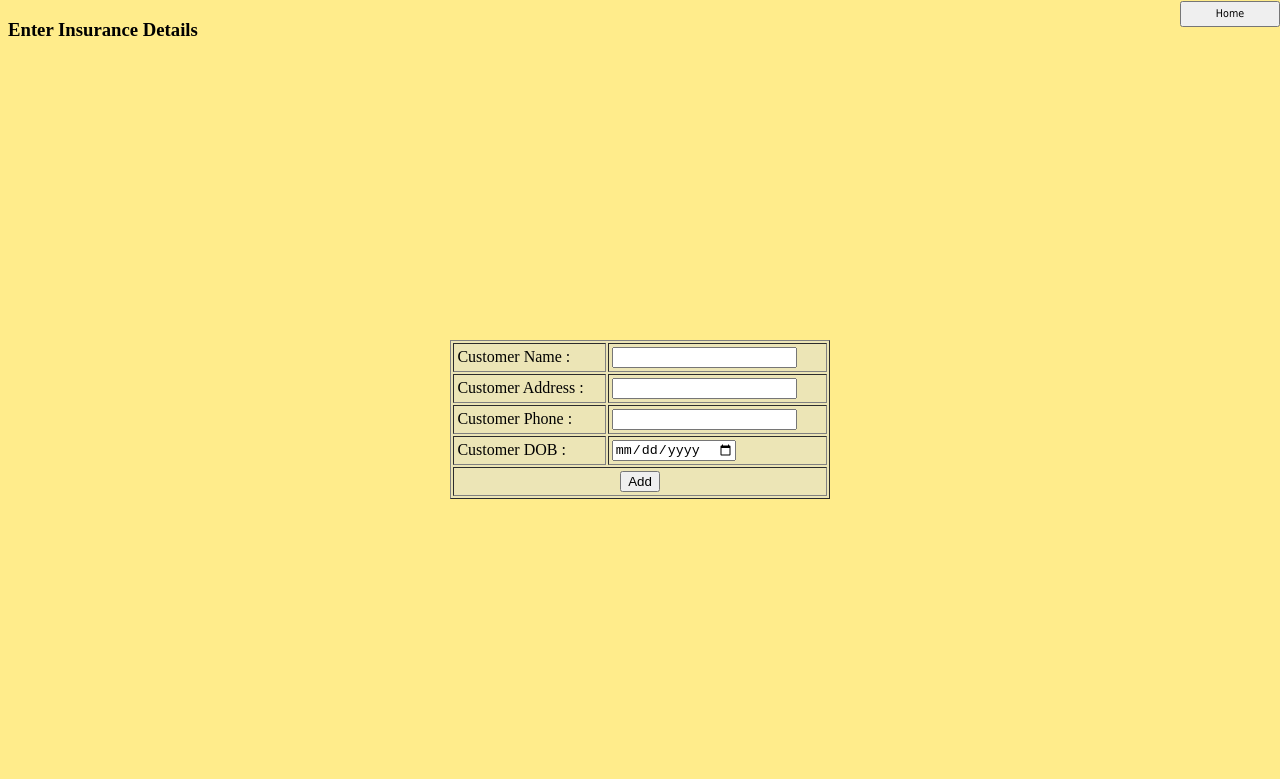
Repository: ankitasha/HomeProject
Page: http://localhost/insurance/WEB-INF/views/addinsurance.jsp
An editor plug-in stored every save of this project. The page is shown before and after the next save, followed by the edit.
The browser window is 1280 px wide. The pictures show the whole page.
The page is served by Tomcat 9. Nobody is signed in. Other server files are loaded and not shown. The template is opened directly, without the code that normally fills it, so the values that code supplies are empty.

Above is the page before, as saved 2017-05-05 08:53:36.

### insurance/src/main/webapp/WEB-INF/views/addinsurance.jsp
<%@ page language="java" contentType="text/html; charset=ISO-8859-1"
    pageEncoding="ISO-8859-1"%>
<!DOCTYPE html PUBLIC "-//W3C//DTD HTML 4.01 Transitional//EN" "http://www.w3.org/TR/html4/loose.dtd">
<html>
<head>
<meta http-equiv="Content-Type" content="text/html; charset=ISO-8859-1">
<title>Add Insurance</title>
<style type="text/css">

#button {
     line-height: 12px;
     padding:5px;
     width: 100px;
     font-size: 8pt;
     font-family: tahoma;
     margin-top: 1px;
     margin-right: 0px;
     position:absolute;
     top:0;
     right:0;
 }

 #menu {
     line-height: 12px;
     padding:5px;
     width: 100px;
     font-size: 8pt;
     font-family: tahoma;
     margin-top: 1px;
     margin-right: 120px;
     position:absolute;
     top:0;
     right:0;
 }

   html, body {
    height: 100%;
  }
  #tableContainer-1 {
    height: 100%;
    width: 100%;
    display: table;
  }
  #tableContainer-2 {
    vertical-align: middle;
    display: table-cell;
    height: 100%;
  }
  #myTable {
    margin: 0 auto;
  }
</style>
</head>
<h3>Enter Insurance Details</h3>
<body style="background-color: #FFEC8B">
	  <div id="tableContainer-1">
  	    <div id="tableContainer-2">
          <form method="post" action="addCustomer">
             <center>
               <table id="myTable" border="1" width="30%" cellpadding="3" style="background-color: #ECE5B6;" WIDTH="30%">

                    <tr>
                        <td> Customer Name : </td><td><input name="name"  /> </td>
                    </tr>
                    <tr>
                        <td> Customer Address : </td><td> <input name="address" /> </td>
                    </tr>
                    <tr>
                        <td> Customer Phone : </td><td> <input name="phone" /> </td>
                    </tr>
                     <tr>
                        <td> Customer DOB : </td><td> <input type="date" name="dob" /> </td>
                    </tr>
                    <tr>
                      <td colspan="2" align="center"><input type="submit" value="Add" /></td>
                    </tr>
              </table>
            </center>
        </form>
        <form method="get" action="homepage">
   			 <button id="button" type="submit">Home</button>
		</form>
</body>
</html>

After the next save:
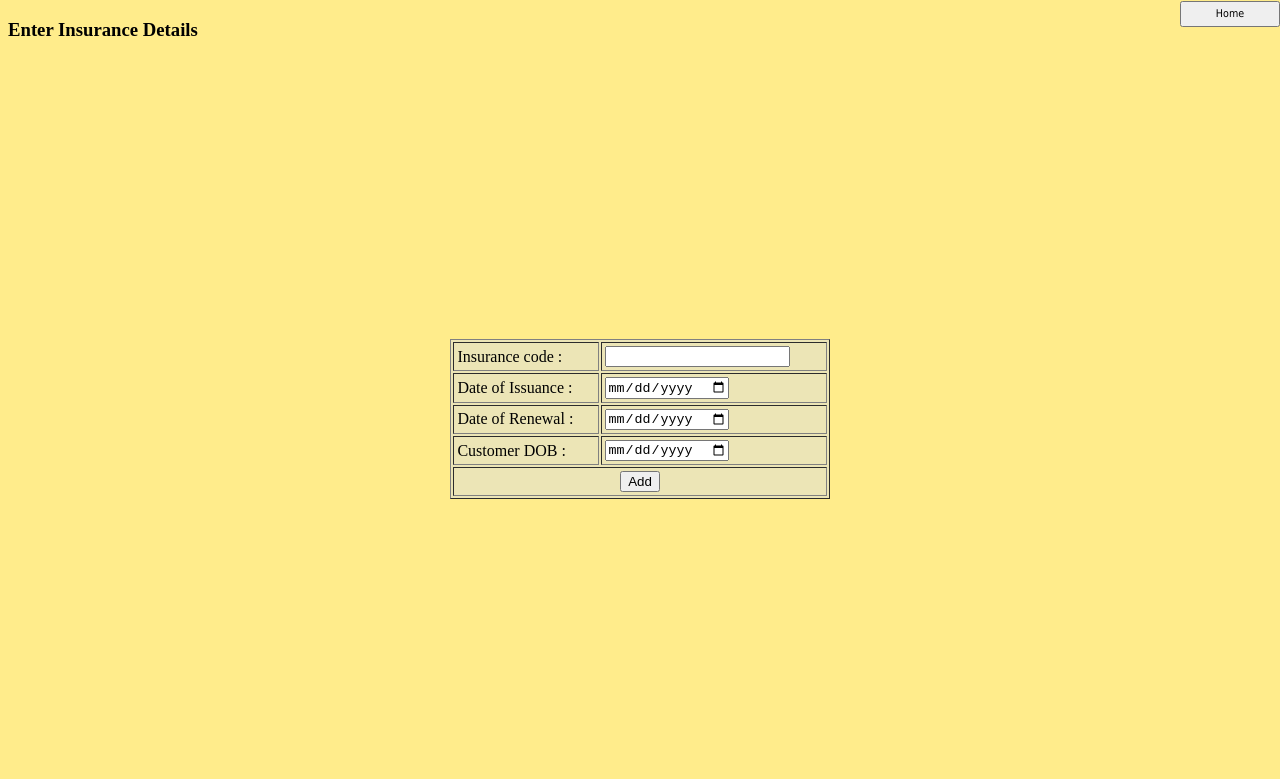
Saved 3 min 0 s later.
--- a/insurance/src/main/webapp/WEB-INF/views/addinsurance.jsp
+++ b/insurance/src/main/webapp/WEB-INF/views/addinsurance.jsp
@@ -60,13 +60,13 @@
                <table id="myTable" border="1" width="30%" cellpadding="3" style="background-color: #ECE5B6;" WIDTH="30%">
 
                     <tr>
-                        <td> Customer Name : </td><td><input name="name"  /> </td>
+                        <td> Insurance code : </td><td><input name="insurancecode"  /> </td>
                     </tr>
                     <tr>
-                        <td> Customer Address : </td><td> <input name="address" /> </td>
+                        <td> Date of Issuance : </td><td> <input type="date" name="dateOfIssuance" /> </td>
                     </tr>
                     <tr>
-                        <td> Customer Phone : </td><td> <input name="phone" /> </td>
+                        <td> Date of Renewal : </td><td> <input type="date"  name="dateOfRenewal" /> </td>
                     </tr>
                      <tr>
                         <td> Customer DOB : </td><td> <input type="date" name="dob" /> </td>
